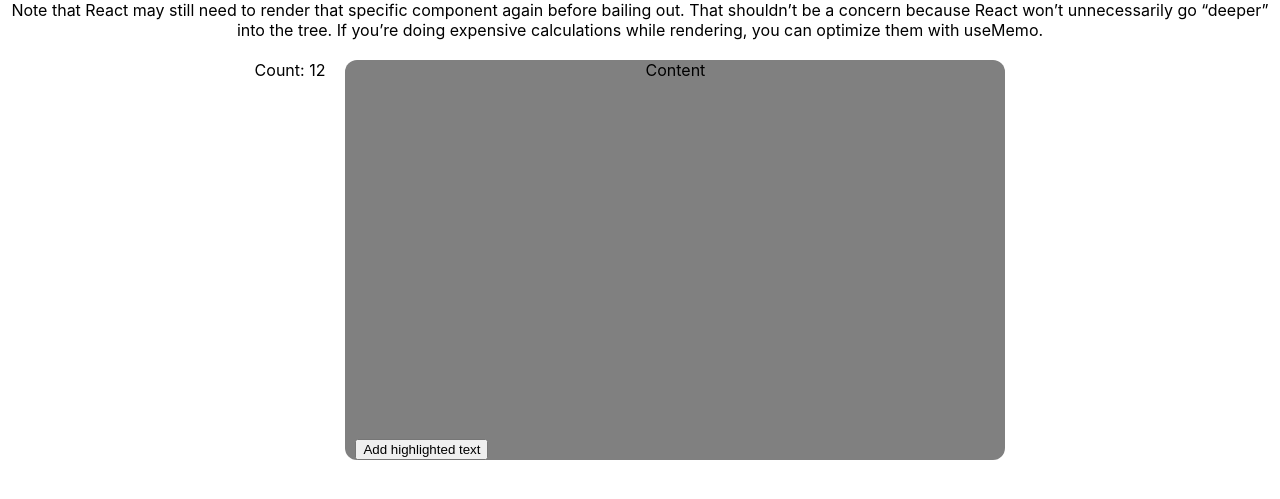
Repository: Farbod29/React-text-highlighter-with-hook-
Page: /
These files come from the project's save history. The page is drawn as it stood at one moment and after the next save; the edit follows.
The browser window is 1280 px wide. The pictures show the whole page.
The project was rebuilt for these pictures with package versions that can differ from the ones it lists, and the page was loaded fresh each time.

Above is the page before, as saved 2022-02-18 21:29:20.

After the next save:
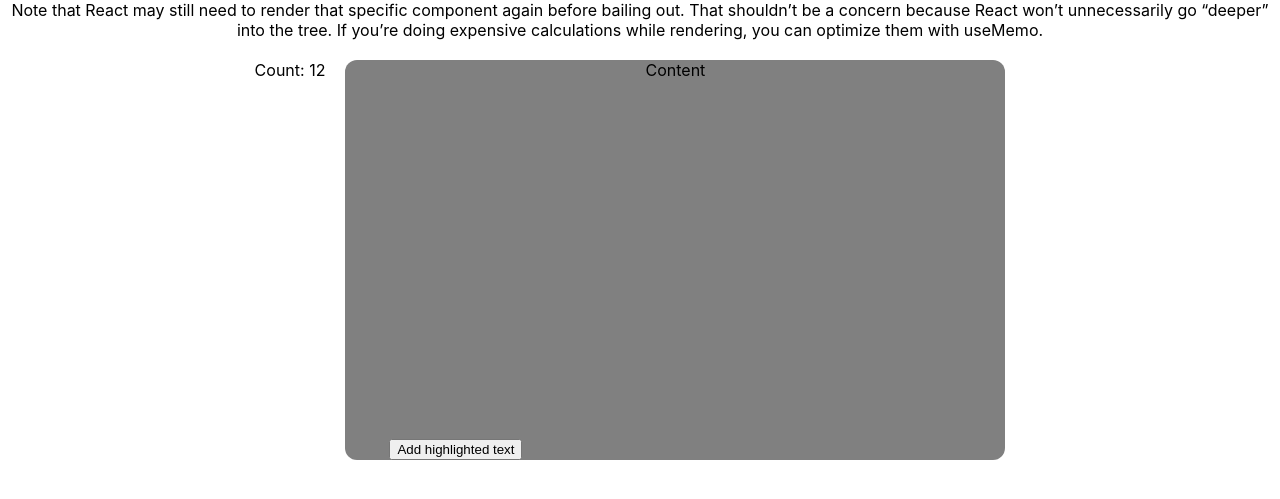
Saved 5 s later.
--- a/src/highlighter.js
+++ b/src/highlighter.js
@@ -34,7 +34,7 @@ export default function Highlighter() {
         }}
       >
         Content
-        <div style={{ position: 'absolute', bottom: '0', left: '200' }}>
+        <div style={{ position: 'absolute', bottom: '0', left: '44px' }}>
           <button onClick={() => setCount(12)}> Add highlighted text </button>
         </div>
       </div>
